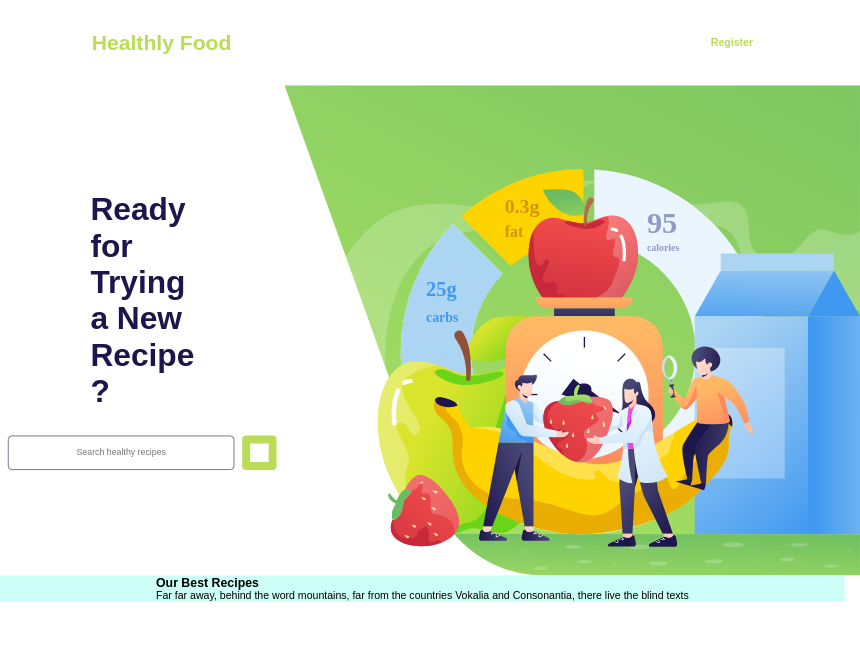
Repository: LuccaCasalecchi/HealthyFood
Page: /
The author's editor kept a copy of each file at every save. The page is drawn from the files as they stood at one save, then again after a run of saves.
The browser window is 1280 px wide. The page is 1303 px wide, so the pictures cover 1303 px, including what lies to the right of the window. The pictures show the whole page, at 66% of full size.
The project was rebuilt for these pictures with package versions that can differ from the ones it lists, and the page was loaded fresh each time.

Above is the page before, as saved 2021-08-18 16:27:14.

After the next 3 saves:
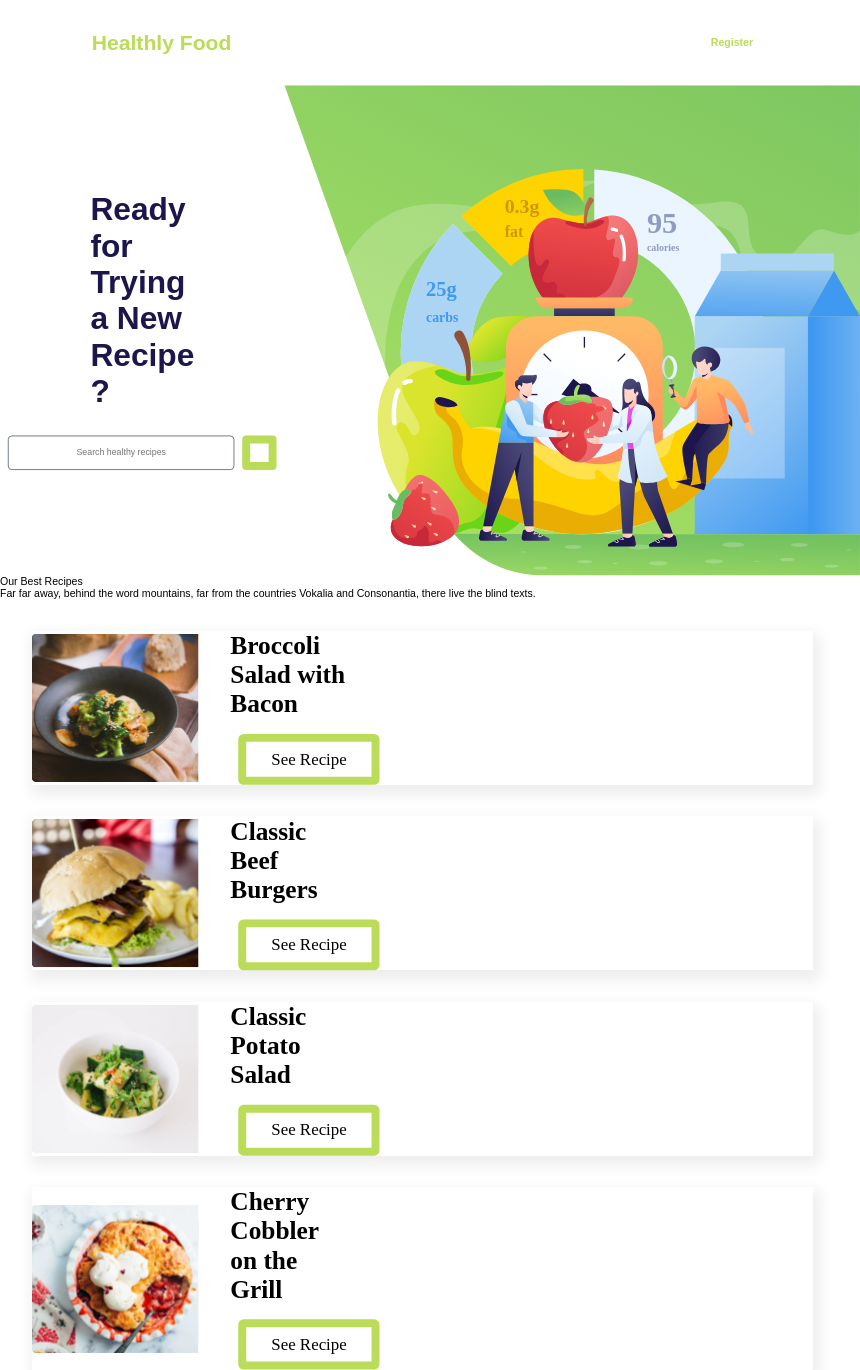
The 3 saves are shown as one change because 2 did not build or start.
The last was saved 2 min 1 s later.
--- a/src/components/Recipes/Recipes.jsx
+++ b/src/components/Recipes/Recipes.jsx
@@ -1,4 +1,5 @@
 import React from "react";
+import Card from '../Card/Card'
 
 import './Recipes.css'
 import FoodOne from '../../images/comida_1.svg';
@@ -8,14 +9,21 @@ import FoodFour from '../../images/comida_4.svg';
 
 export default function Recipes() {
   return (
-    <div className="recipes-container">
-      <div className="titles">
-        <h3>Our Best Recipes</h3>
-        <p>
-          Far far away, behind the word mountains, far from the countries
-          Vokalia and Consonantia, there live the blind texts
+    <section className='recipes' id='recipes'>
+      <div className='recipes__introduction'>
+        <p className='introduction__title'>Our Best Recipes</p>
+        <p className='introduction__description'>
+          Far far away, behind the word mountains,
+          far from the countries Vokalia and Consonantia,
+          there live the blind texts.
         </p>
       </div>
-    </div>
+      <div className='recipes__best'>
+        <Card image={FoodOne} title='Broccoli Salad with Bacon'/>
+        <Card image={FoodTwo} title='Classic Beef Burgers'/>
+        <Card image={FoodThree} title='Classic Potato Salad'/>
+        <Card image={FoodFour} title='Cherry Cobbler on the Grill'/>
+      </div>
+    </section>
   );
 }
